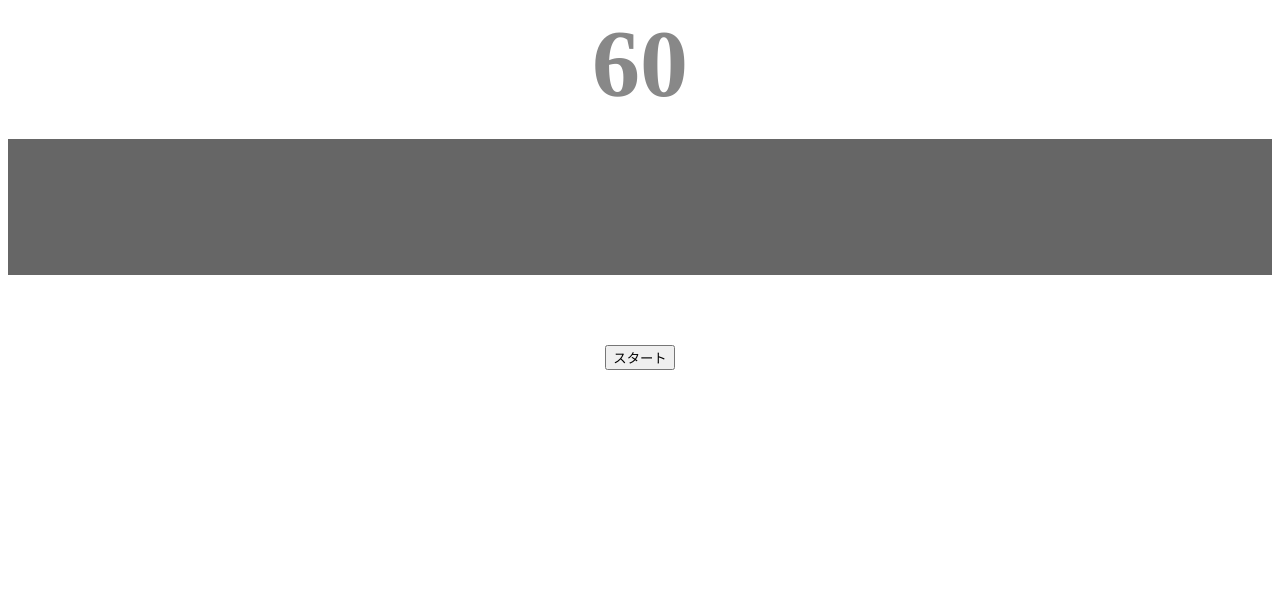
Repository: barabaaaara/typing-game
Page: index.html
The author's editor kept a record of every edit. The page is drawn from the files as they stood at one moment, then again after the next edit.
The browser window is 1280 px wide. The pictures show the whole page.

Above is the page before.

After the next edit:
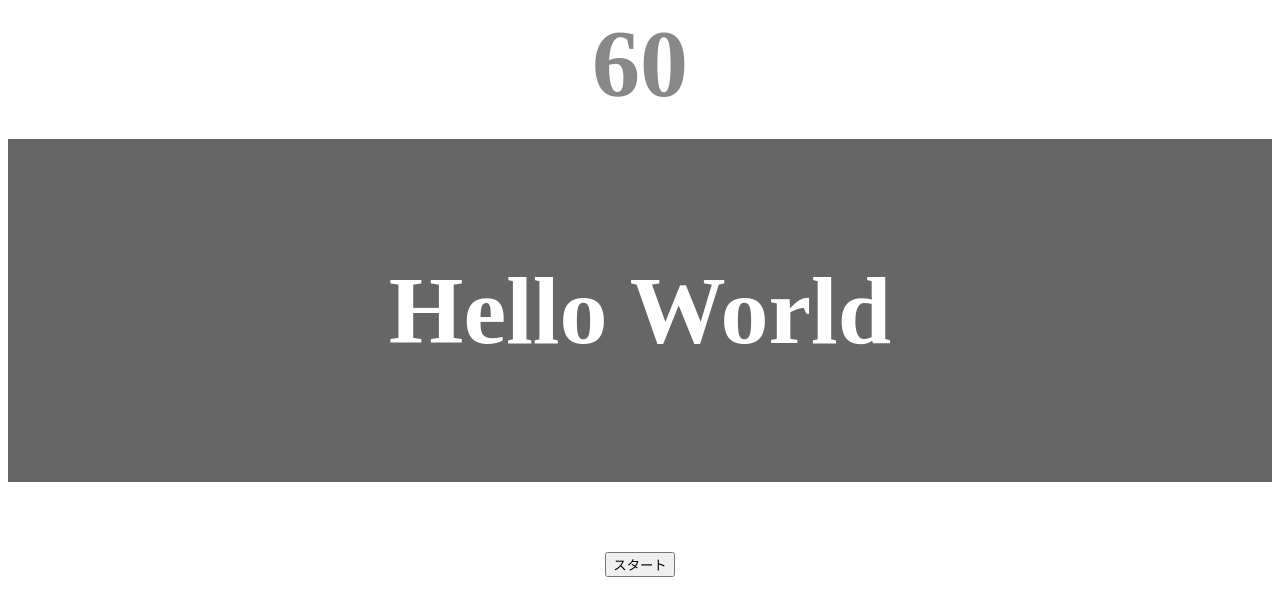
The edit:
--- a/index.html
+++ b/index.html
@@ -44,7 +44,11 @@
     'How are you?'
     ]; // 複数のテキストを格納する配列
 
-const createText = () => {}; // ランダムなテキストを画面に表示する
+const createText = () => {
+    const p =  document.getElementById('text');
+     p.textContent = textLists[0];
+     };// ランダムなテキストを画面に表示する
+     createText();
 
 const keyDown = e => {}; // キーイベント＆入力判定処理
 
